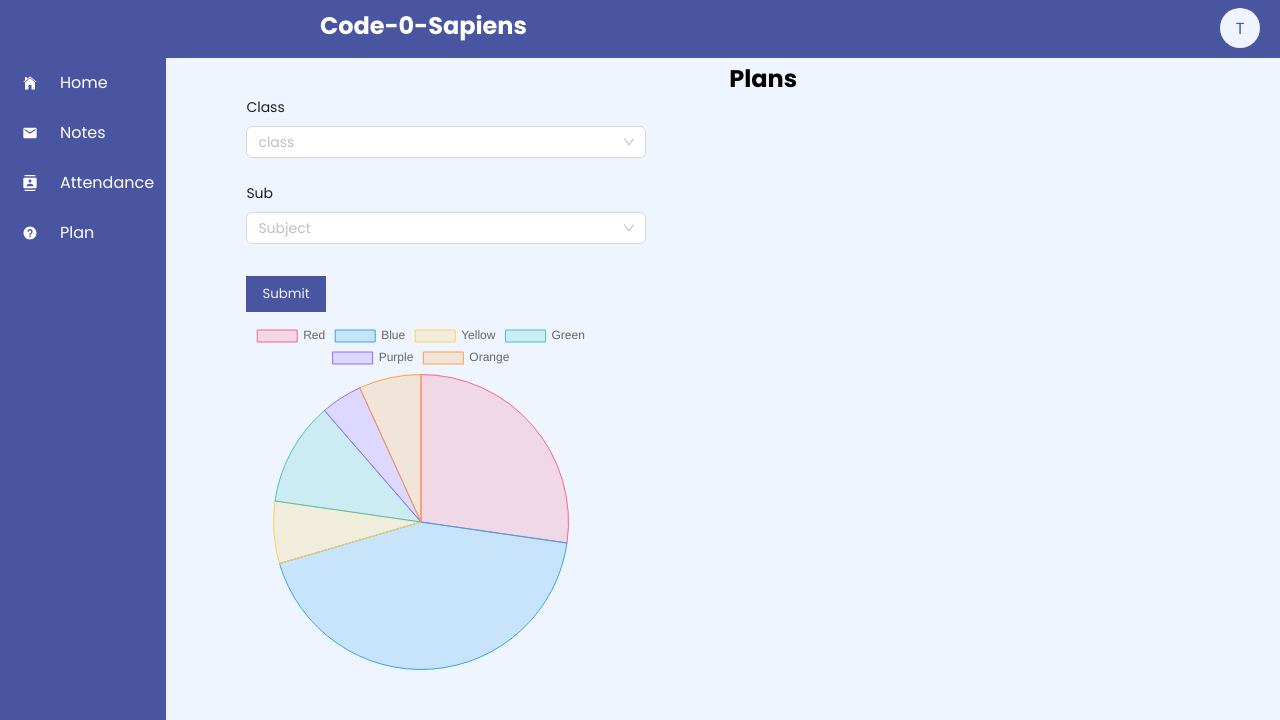
Repository: sinchana-P/code-0-sapiens
Page: /plans (app in client/)
An editor plug-in stored every save of this project. The page is shown before and after a run of saves, followed by the edit.
The browser window is 1280 px wide. The pictures show the whole page.
The project was rebuilt for these pictures with package versions that can differ from the ones it lists, and the page was loaded fresh each time. Also part of the build but not shown: client/src/components/auth/login/FormLayoutLogin.jsx, client/src/components/auth/login/Login.jsx, client/src/components/auth/register/FormLayoutRegister.jsx, client/src/components/auth/register/Register.jsx, client/src/components/homeScene/Home.jsx, client/src/components/notes/Notes.jsx, client/src/components/attendance/Attendance.jsx, client/src/components/profile/Profile.jsx and 5 more.

Above is the page before, as saved 2024-03-01 07:30:52.

After the next 2 saves:
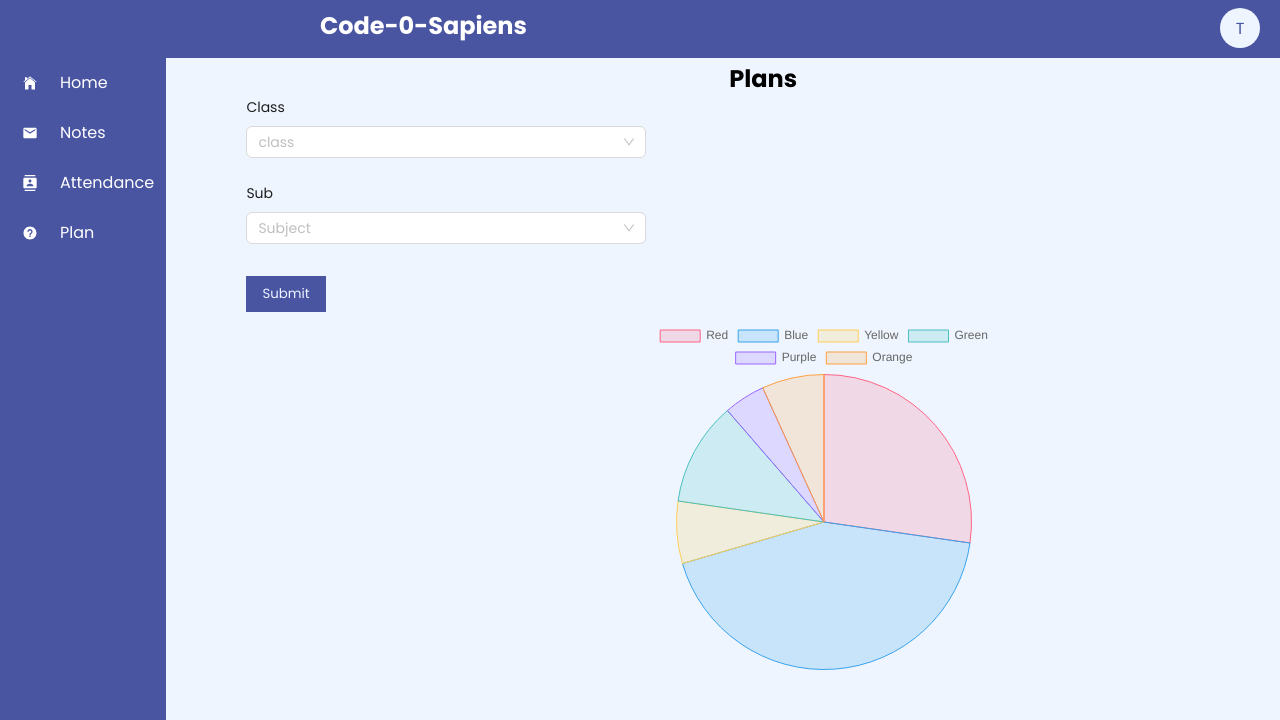
The 2 saves are shown as one change because they came seconds apart.
The last was saved 7 s later.
--- a/client/src/components/plans/Plans.css
+++ b/client/src/components/plans/Plans.css
@@ -18,6 +18,6 @@
 .plans-checkbox-chart-container {
     display: flex;
     flex-direction: row;
-    justi
+    justify-content: space-evenly;
 
 }
